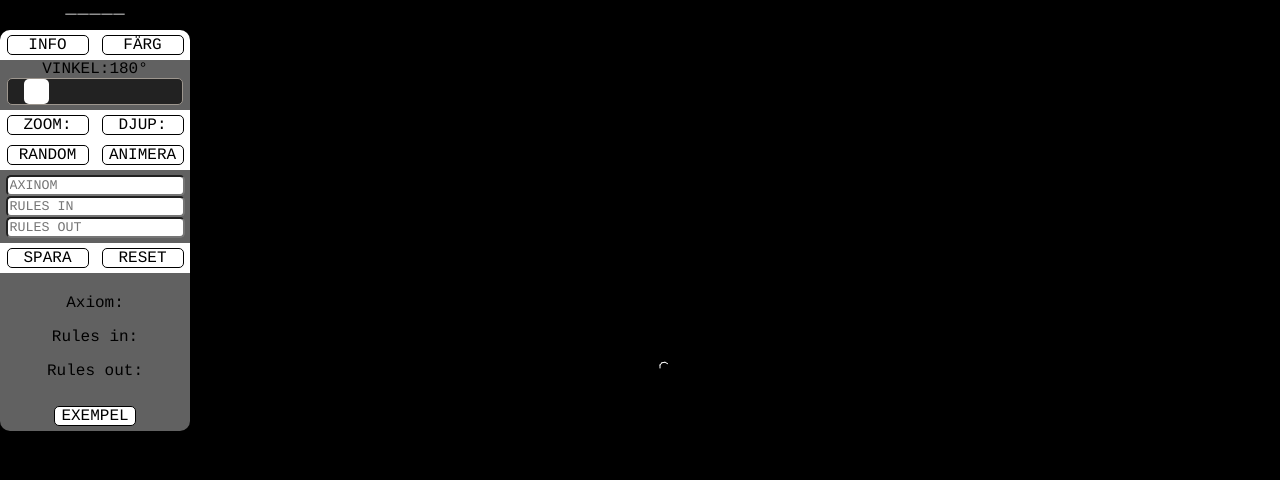
Repository: Gabrielw123/Fraktalgenerator
Page: fraktaler/test/index.html
These files come from the project's save history. The page is drawn as it stood at one moment and after the next save; the edit follows.
The browser window is 1280 px wide. The pictures show the whole page.
Some web libraries are served in a nearby version.

Above is the page before, as saved 2022-01-13 13:39:04.

After the next save:
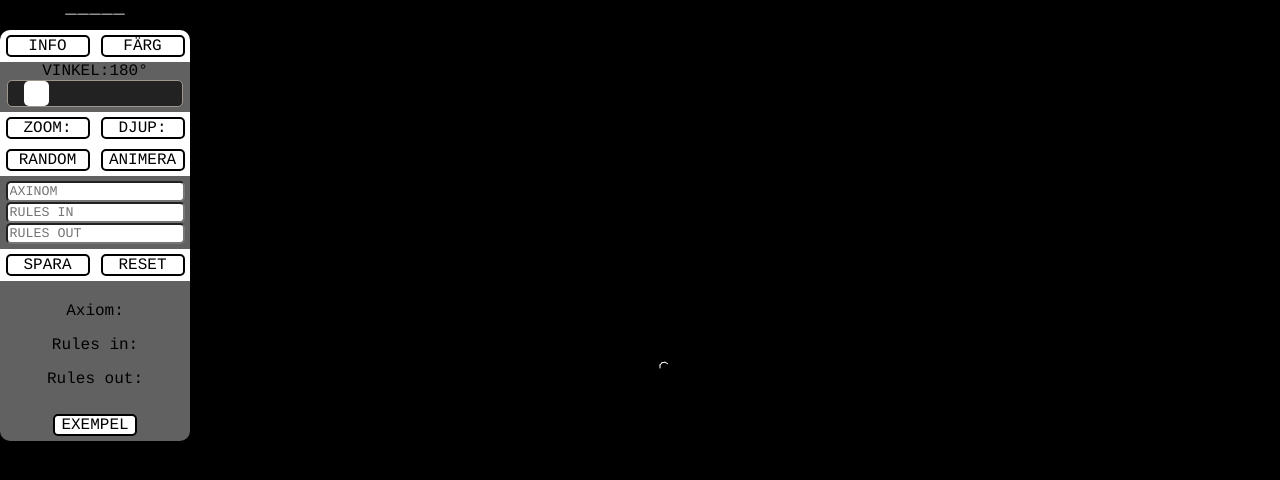
Saved 40 s later.
--- a/fraktaler/test/style.css
+++ b/fraktaler/test/style.css
@@ -103,13 +103,13 @@ a.knapp {
   width: 80px;
   cursor: pointer;
   border-radius: 5px;
-  border: 1px solid black;
+  border: 2px solid black;
 }
 a.knapp:hover {
   background: black;
   border-radius: 5px;
   color: white;
-  border: 1px solid white;
+  border: 2px solid white;
 }
 
 #canvas {
